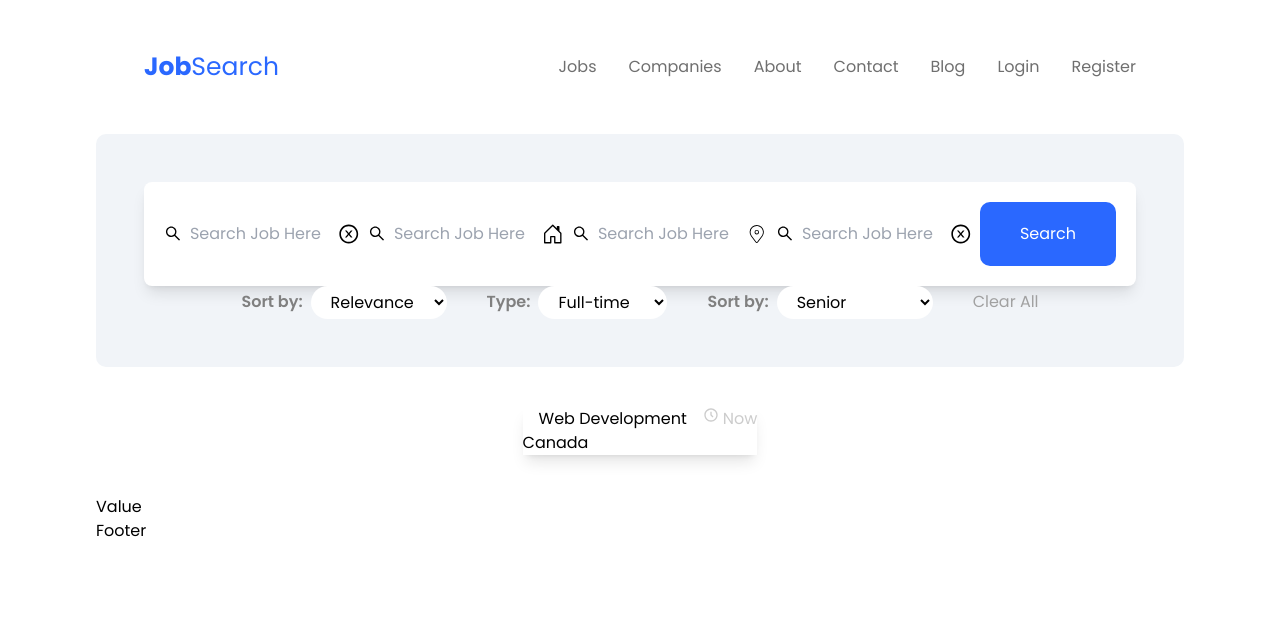
Repository: countaustin1990/Job-Search-website
Page: / (app in vite-project/)
The author's editor kept a copy of each file at every save. The page is drawn from the files as they stood at one save, then again after a run of saves.
The browser window is 1280 px wide. The pictures show the whole page.
The project was rebuilt for these pictures with package versions that can differ from the ones it lists, and the page was loaded fresh each time. Also part of the build but not shown: vite-project/vite.config.js.

Above is the page before, as saved 2023-08-12 18:43:04.

After the next 2 saves:
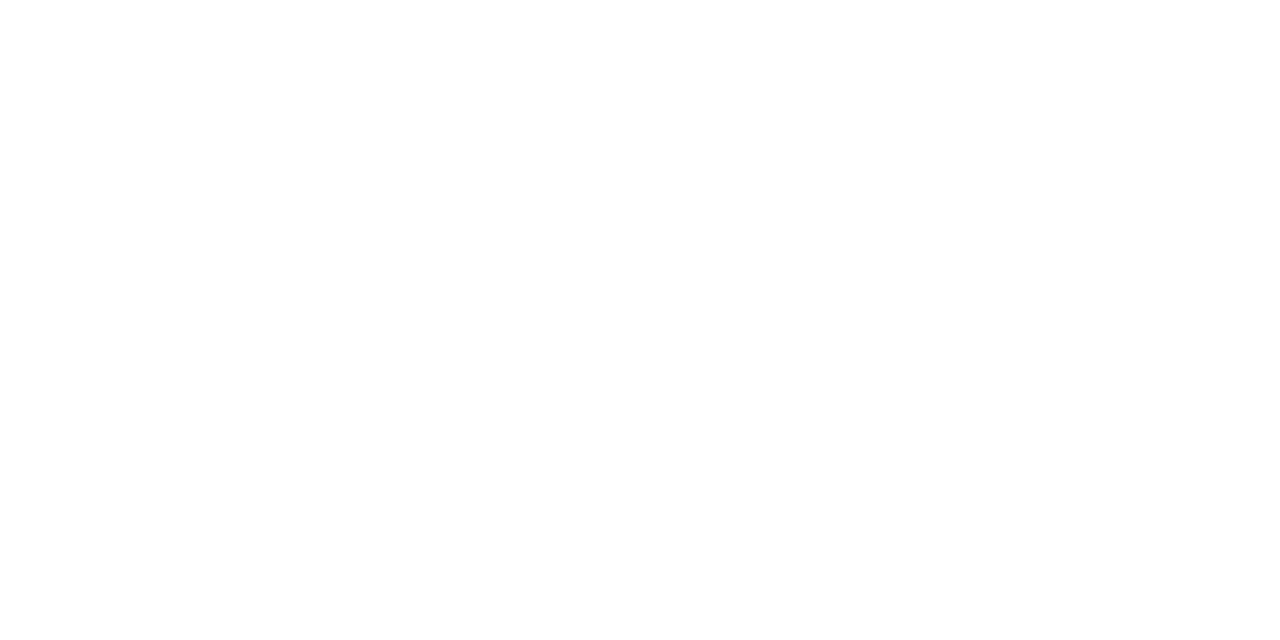
Console error (its wording comes from the project's code and is left out).
The 2 saves are shown as one change because 1 did not build or start.
The last was saved 9 min 18 s later.
--- a/vite-project/src/components/Job.jsx
+++ b/vite-project/src/components/Job.jsx
@@ -16,6 +16,11 @@
                     </span>
 
                     <h6 className='text-[#ccc]'/>Canada
+
+                    <p className='text-[13px text-[#95959 pt-[20px] border-t-[20px] group-hover:text-white'>
+                        The way to go if hoping to live in our land of great opportunities and possibilities. Do not guess to much <link>apply now</link>
+
+                    </p>
                 </div>
             </div>
         </div>

After the save that followed:
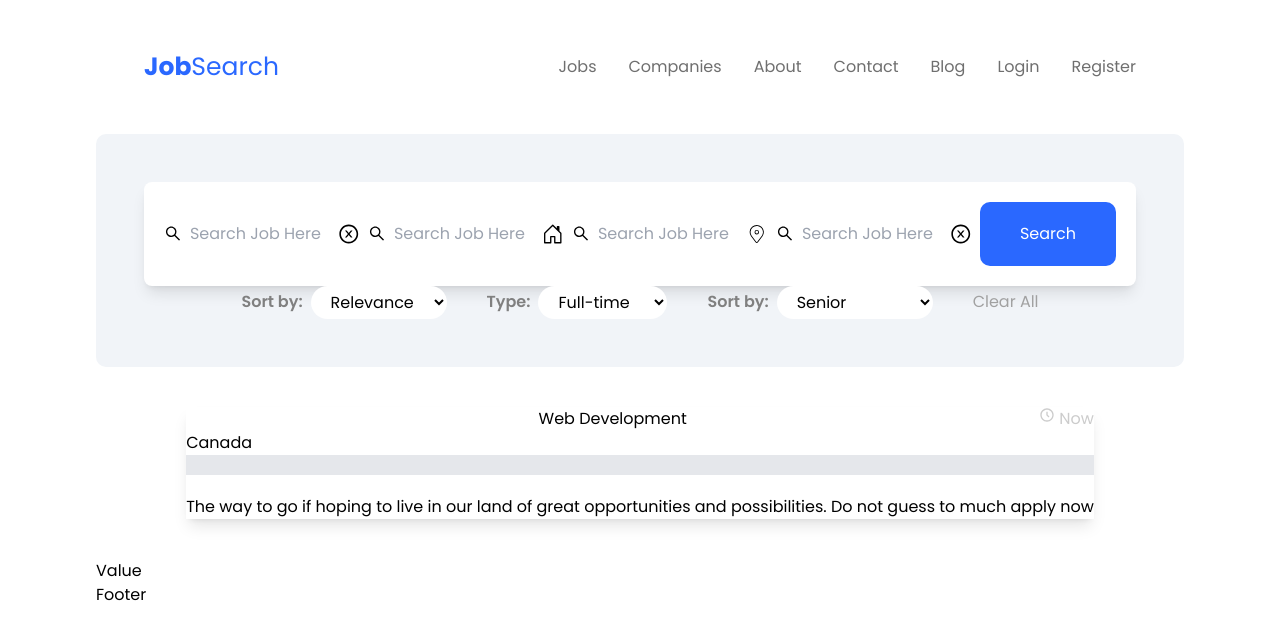
The error is gone.
Saved 38 s later.
--- a/vite-project/src/components/Job.jsx
+++ b/vite-project/src/components/Job.jsx
@@ -18,7 +18,7 @@
                     <h6 className='text-[#ccc]'/>Canada
 
                     <p className='text-[13px text-[#95959 pt-[20px] border-t-[20px] group-hover:text-white'>
-                        The way to go if hoping to live in our land of great opportunities and possibilities. Do not guess to much <link>apply now</link>
+                        The way to go if hoping to live in our land of great opportunities and possibilities. Do not guess to much apply now
 
                     </p>
                 </div>
